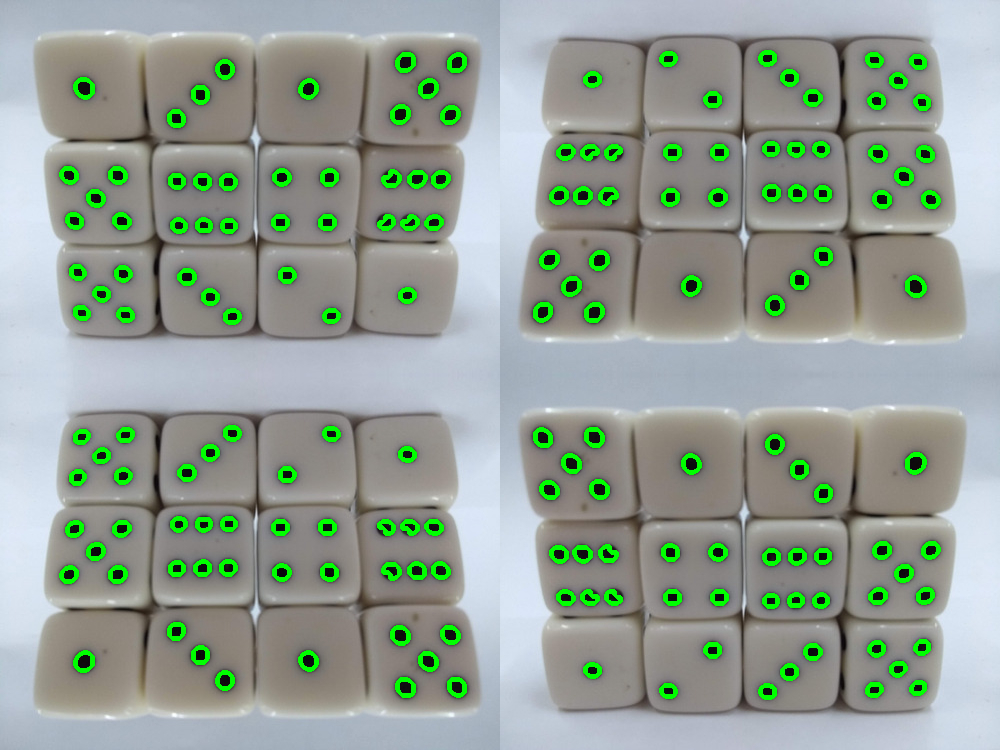
Repository: kaiofbgarcia/OpenCV
Script's output: python Dados/dadosPilha2.py
An editor plug-in stored every save of this project. The script's output is shown before and after the next save, followed by the edit.
Random numbers start from a fixed seed. It also reads Dados/imgDados/dadosPilha2.jpg.

Above is the script's output before, as saved 2022-07-01 17:50:38.

### Dados/dadosPilha2.py
import cv2
from cv2 import THRESH_BINARY
from cv2 import erode
import numpy as np
from numpy import binary_repr

imagem = cv2.imread("imgDados/dadosPilha2.jpg")          # Carregar a imagem
gray = cv2.cvtColor(imagem, cv2.COLOR_BGR2GRAY)     # GrayScale
blur = cv2.blur(gray,(3,3))                       # Blur ###############

ret,binary = cv2.threshold(blur , 30 ,255, cv2.THRESH_BINARY)         # Binarização ################
ret1,binary1 = cv2.threshold(binary,127,255, cv2.THRESH_BINARY_INV)   # Inverter a Binarização

kernel = np.ones((5,5), np.uint8)                   # Erosão
erosion = cv2.erode(binary1, kernel, iterations=1)  # Erosão
dilation = cv2.dilate(erosion, kernel, iterations=1)

contours, hierarchy = cv2.findContours(dilation, cv2.RETR_TREE, cv2.CHAIN_APPROX_SIMPLE) # Procura os Objetos
cont = len(contours)                                                                     # Conta os Objetos

cv2.drawContours(imagem, contours, -1, (0,255,0), 3)

print("Resultado dos dados: ", cont)

cv2.imshow("Dilatation", imagem)

cv2.waitKey(0)

After the next save:
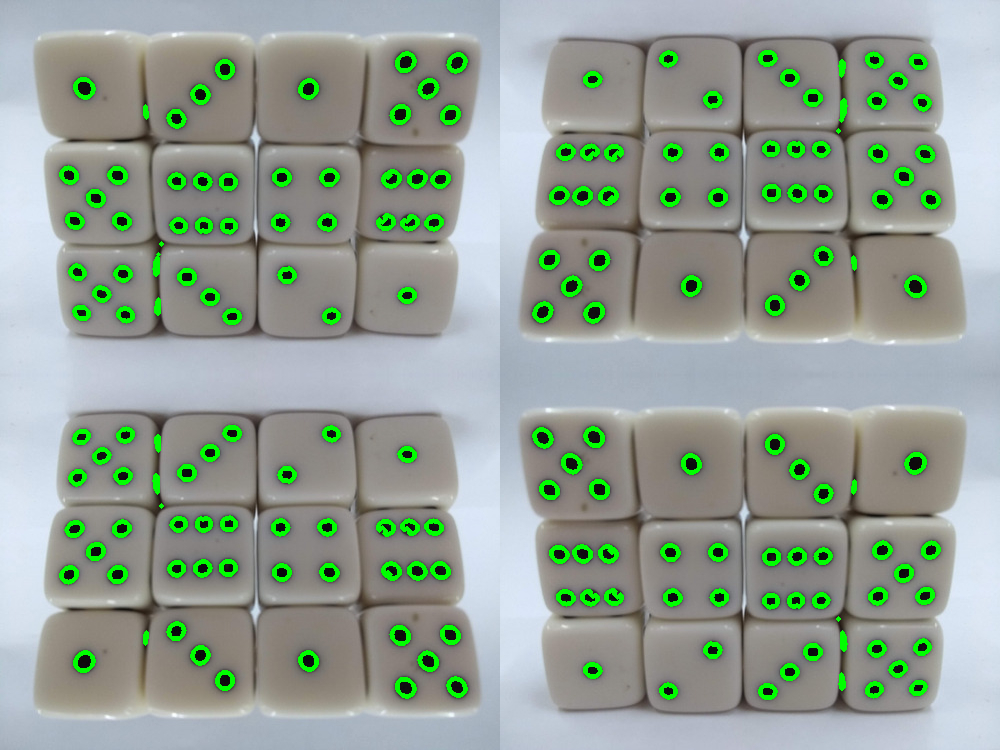
Saved 12 s later.
--- a/Dados/dadosPilha2.py
+++ b/Dados/dadosPilha2.py
@@ -15,7 +15,7 @@ kernel = np.ones((5,5), np.uint8)                   # Erosão
 erosion = cv2.erode(binary1, kernel, iterations=1)  # Erosão
 dilation = cv2.dilate(erosion, kernel, iterations=1)
 
-contours, hierarchy = cv2.findContours(dilation, cv2.RETR_TREE, cv2.CHAIN_APPROX_SIMPLE) # Procura os Objetos
+contours, hierarchy = cv2.findContours(binary1, cv2.RETR_TREE, cv2.CHAIN_APPROX_SIMPLE) # Procura os Objetos
 cont = len(contours)                                                                     # Conta os Objetos
 
 cv2.drawContours(imagem, contours, -1, (0,255,0), 3)
